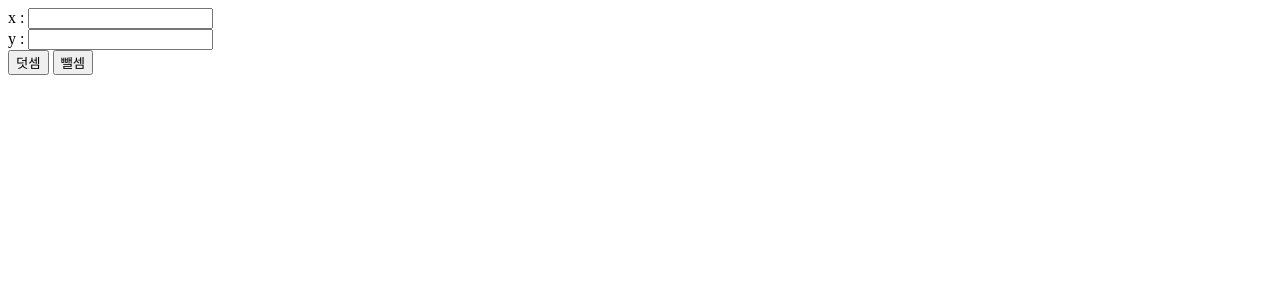
Repository: Dabee-ee/JAVA-lesson2
Page: Personal/JSPPrj/WebContent/calc2.html
The author's editor kept a copy of each file at every save. The page is drawn from the files as they stood at one save, then again after the next save.
The browser window is 1280 px wide. The pictures show the whole page.

Above is the page before, as saved 2021-03-12 13:15:55.

After the next save:
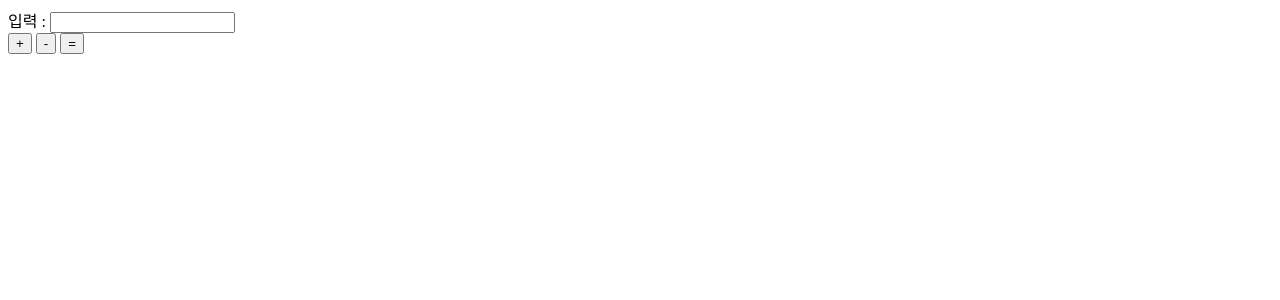
Saved 19 min 53 s later.
--- a/Personal/JSPPrj/WebContent/calc2.html
+++ b/Personal/JSPPrj/WebContent/calc2.html
@@ -9,18 +9,14 @@
 		<form action="calc" method="post">
 
 			<div>
-			<label>x : </label>
-			<input type="text" name="x">
+			<label> 입력 : </label>
+			<input type="text" name="v">
 			</div>
 
 			<div>
-			<label>y : </label>
-			<input type="text" name="y">
-			</div>
-
-			<div>
-			<input type="submit" name="operator" value="덧셈" />
-			<input type="submit" name="operator" value="뺄셈" />
+			<input type="submit" name="operator" value="+" />
+			<input type="submit" name="operator" value="-" />
+			<input type="submit" name="operator" value="=" />
 			</div>
 
 		</form>
